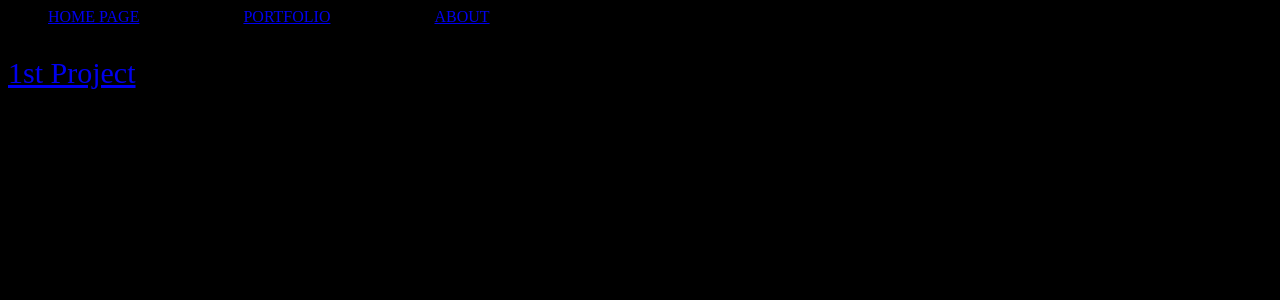
Repository: mike3245/mike3245.github.io
Page: portfolio.html
The author's editor kept a record of every edit. The page is drawn from the files as they stood at one moment, then again after the next edit.
The browser window is 1280 px wide. The pictures show the whole page.

Above is the page before.

### portfolio.html
<html>
   <head>
       <title>My Portfolio</title>
      <style> body {background-color: black;}
      li {display:inline; padding-right: 100px;}
      li {color:white; text-decoration: bold;}
      p {color:white; font-size: 30px;}

      </style>
   </head>

   <body>
     <ul>
    <li><a href="index.html">HOME PAGE</a></li>
    <li><a href="portfolio.html">PORTFOLIO</a></li>
    <li><a href="about.html">ABOUT</a></li>
    </ul>

    <u2>
       <p><a href=" <a href="https://scratch.mit.edu/projects/326935698/">1st Project</a></p>

    </u2>


    </body>

   </html>

After the next edit:
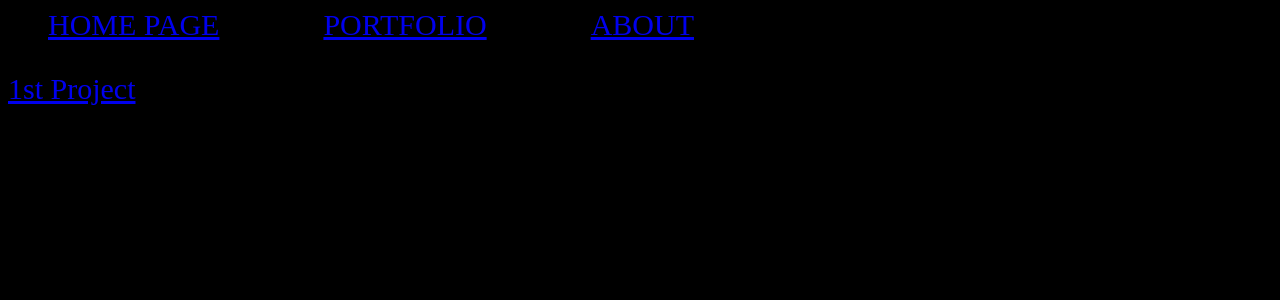
The edit:
--- a/portfolio.html
+++ b/portfolio.html
@@ -3,7 +3,7 @@
        <title>My Portfolio</title>
       <style> body {background-color: black;}
       li {display:inline; padding-right: 100px;}
-      li {color:white; text-decoration: bold;}
+      li {color:white; font-size: 30px;}
       p {color:white; font-size: 30px;}
 
       </style>
